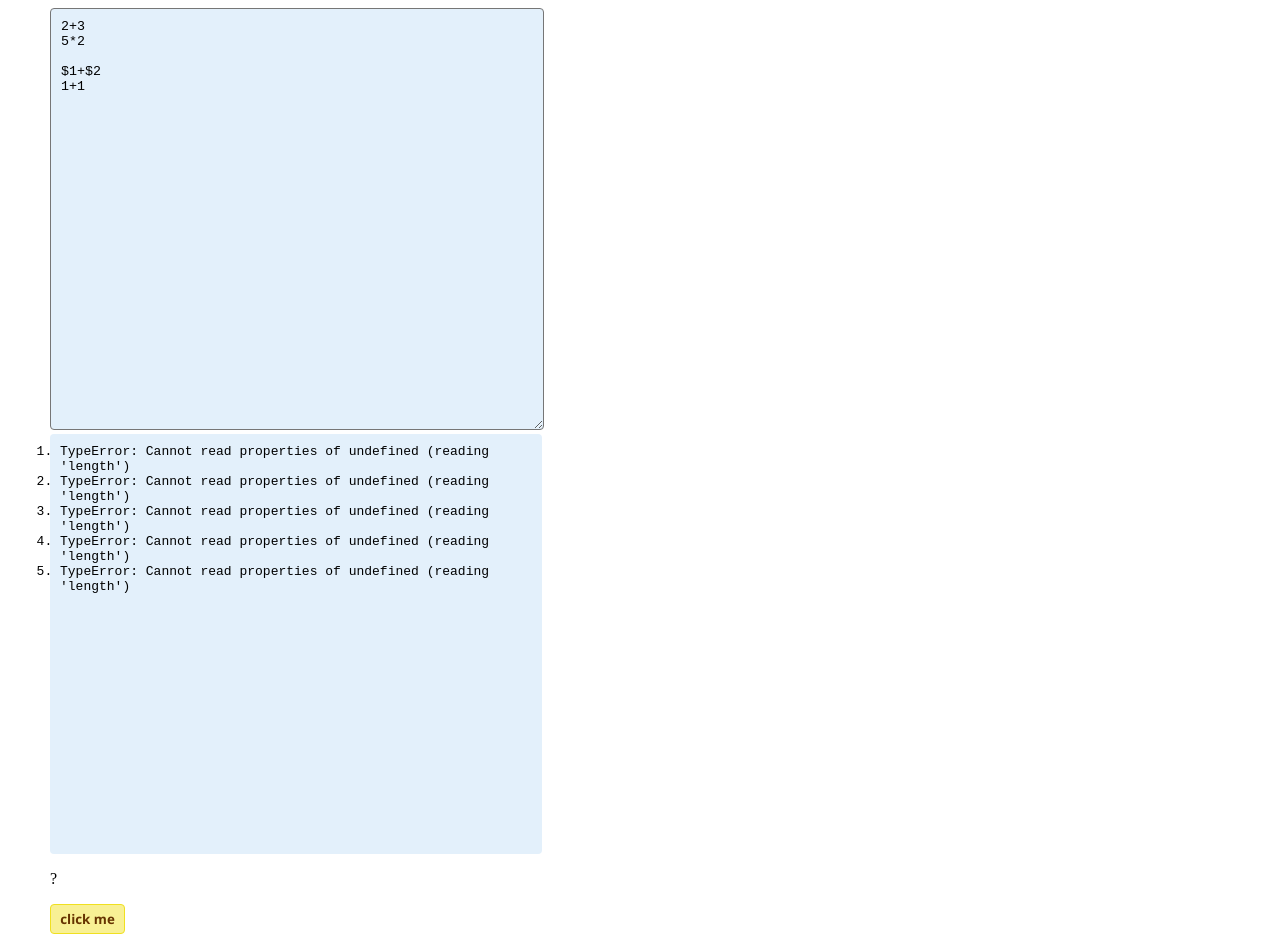
Repository: nikitazu/kali
Page: hello-world.html
The author's editor kept a record of every edit. The page is drawn from the files as they stood at one moment, then again after the next edit.
The browser window is 1280 px wide. The pictures show the whole page.

Above is the page before.

### hello-world.html
<!DOCTYPE html>

<html lang="en-us">

<head>
	<meta charset="utf-8">
	<title>Hello...</title>
	<link rel="stylesheet" type="text/css" href="styles/main.css">
</head>

<body>
	<div id="mainContent">
		<textarea
			id="evaluator"
			class="code-block"
			type="textarea"
			name="evaluator"
			v-model="inputText"
			v-on="click: evaluatorInputTextChanged">
		</textarea>

		<div
			id="results"
			class="code-block"
			v-html="inputText | evaluate">
		</div>
	</div>

	<div id="tools">
		<p id="helloText">?</p>
		<button id="clickButton" class="buttonStyle">click me</button>
	</div>

	<script src="libs/_bower.js"></script>
	<script src="app/main.js"></script>

</body>
</html>

### styles/main.css
#mainContent {
	font-family: monospace;
}

.code-block-holder {
	display: flex;
	flex-direction: row;
	justify-content: space-around;
}

.code-block {
	background-color: #E3F0FB;
	border-radius: 4px;
	padding: 10px;
	width: 40%;
	min-height: 400px;
}

p.code-block {
	min-height: 30px;
	text-align: center;
	color: gray;
}

#results ol {
	padding: 0;
	margin: 0;
}

body {
	margin-left: 50px;
	margin-right: 50px;
}

h1 .subtitle {
	color: darkgrey;
	font-size: 60%;
	font-style: italic;
}

footer {
	text-align: center;
	color: darkgrey;
}

.buttonStyle {
	border-radius: 4px;
	border: thin solid #F0E020;
	padding: 5px;
	background-color: #F8F094;
	font-family: "Segoe UI", Tahoma, Geneva, Verdana, sans-serif;
	font-weight: bold;
	color: #663300;
	width: 75px;
}

.buttonStyle:hover {
	border: thin solid #FFCC00;
	background-color: #FCF9D6;
	color: #996633;
	cursor: pointer;
}
.buttonStyle:active {
	border: thin solid #99CC00;
	background-color: #F5FFD2;
	color: #669900;
	cursor: pointer;
}

### app/main.js
(function() {


function tryEval(expression, context) {
    try {
        return math.eval(expandContext(expression)) || '';
    } catch(e) {
        return e;
    }
}

function expandContext(expression, context) {
    var temp = expression;

    for (var i = 0; i < context.length; i++) {
        var previousResult = context[i];

        temp = temp.replace('$'+(i+1), previousResult);
    }

    return temp;
}


var app = new Vue({
    el: '#mainContent',

    data: {
        inputText: '2+3\n5*2\n\n$1+$2\n1+1'
    },

    filters: {
        evaluate: function (data) {
            if (typeof(data) == 'undefined') {
                return '';
            }
            var lines = data.split('\n');
            var result = '';
            var context = new Array(lines.length);

            for (var i = 0; i < lines.length; i++) {
                var line = lines[i];
                var processedItem = tryEval(line, context);
                context[i] = processedItem;
                result += ('<li>' + processedItem + '</li>');
            }

            return '<ol>' + result + '</ol>';
        }
    }
});

})();

Loaded but not shown: libs/_bower.js (library)

After the next edit:
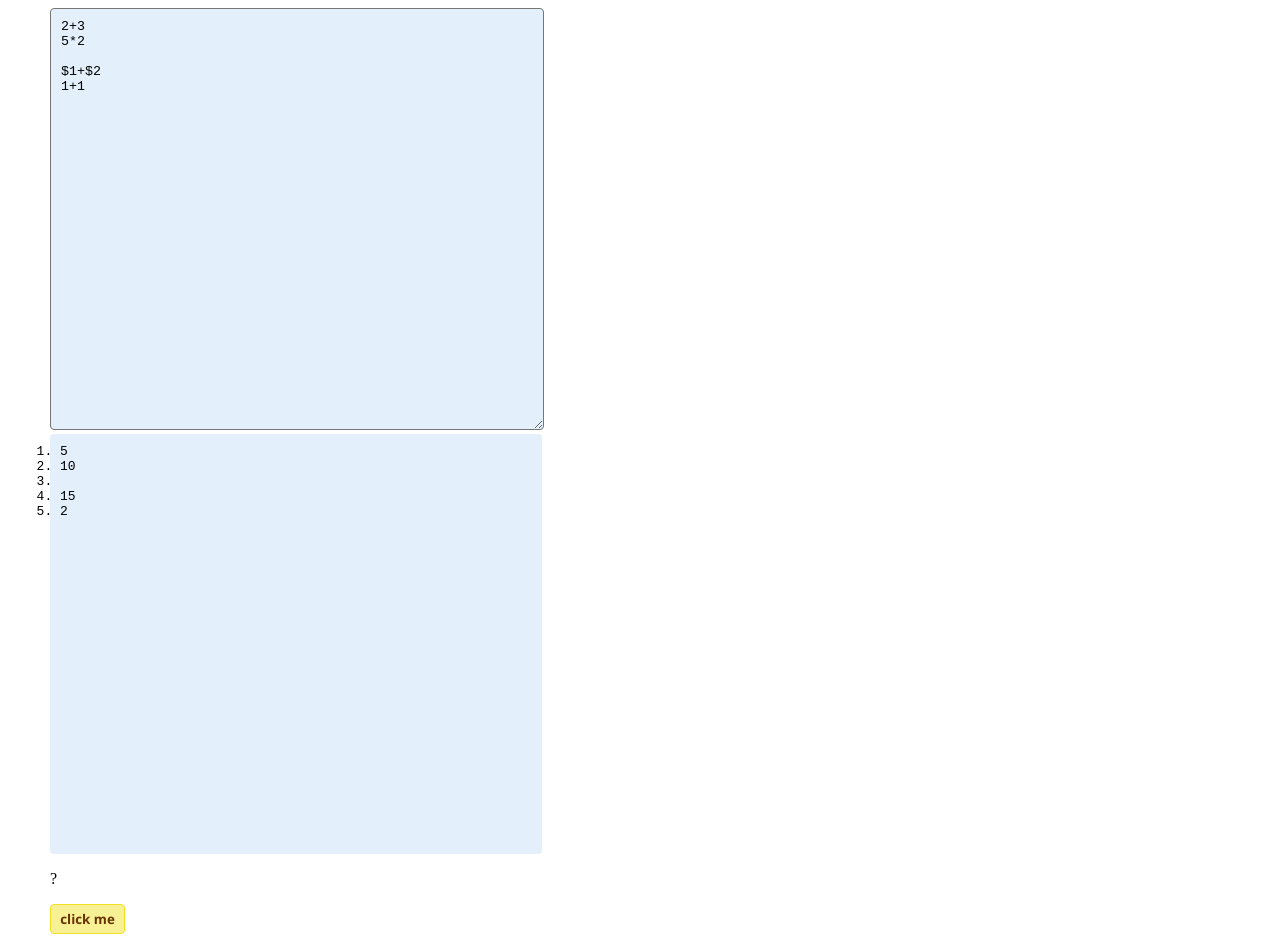
The edit:
--- a/app/main.js
+++ b/app/main.js
@@ -3,7 +3,7 @@
 
 function tryEval(expression, context) {
     try {
-        return math.eval(expandContext(expression)) || '';
+        return math.eval(expandContext(expression, context)) || '';
     } catch(e) {
         return e;
     }
